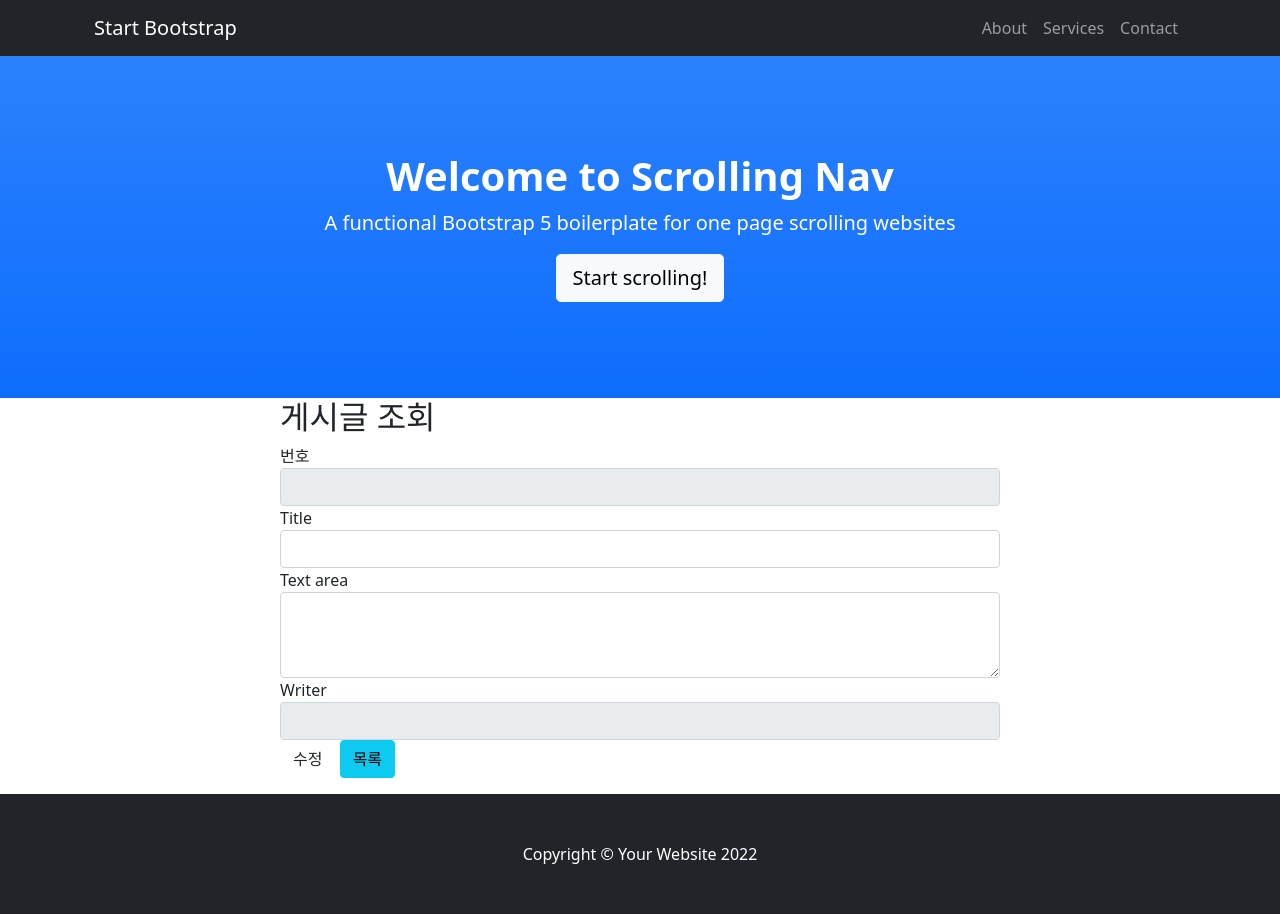
Repository: rlarmsdn2999/SpringWebProject
Page: http://localhost/myboard/WEB-INF/views/board/modify.jsp
An editor plug-in stored every save of this project. The page is shown before and after the next save, followed by the edit.
The browser window is 1280 px wide. The pictures show the whole page.
The page is served by Tomcat 9. Nobody is signed in. Other server files are loaded and not shown. The template is opened directly, without the code that normally fills it, so the values that code supplies are empty.

Above is the page before, as saved 2022-12-25 10:44:05.
Console error: ReferenceError: $ is not defined

### myboard/myboard/src/main/webapp/WEB-INF/views/board/modify.jsp
<%@ page language="java" contentType="text/html; charset=UTF-8"
	pageEncoding="UTF-8"%>
<%@ taglib uri="http://java.sun.com/jsp/jstl/core" prefix="c"%>
<%@ taglib uri="http://java.sun.com/jsp/jstl/fmt" prefix="fmt"%>
<!DOCTYPE html>
<html lang="en">
<head>
<meta charset="utf-8" />
<meta name="viewport"
	content="width=device-width, initial-scale=1, shrink-to-fit=no" />
<meta name="description" content="" />
<meta name="author" content="" />
<title>Scrolling Nav - Start Bootstrap Template</title>
<link rel="icon" type="image/x-icon"
	href="/resources/assets/favicon.ico" />
<!-- Core theme CSS (includes Bootstrap)-->
<link href="/resources/css/styles.css" rel="stylesheet" />
</head>
<body id="page-top">
	<!-- Navigation-->
	<nav class="navbar navbar-expand-lg navbar-dark bg-dark fixed-top"
		id="mainNav">
		<div class="container px-4">
			<a class="navbar-brand" href="#page-top">Start Bootstrap</a>
			<button class="navbar-toggler" type="button"
				data-bs-toggle="collapse" data-bs-target="#navbarResponsive"
				aria-controls="navbarResponsive" aria-expanded="false"
				aria-label="Toggle navigation">
				<span class="navbar-toggler-icon"></span>
			</button>
			<div class="collapse navbar-collapse" id="navbarResponsive">
				<ul class="navbar-nav ms-auto">
					<li class="nav-item"><a class="nav-link" href="#about">About</a></li>
					<li class="nav-item"><a class="nav-link" href="#services">Services</a></li>
					<li class="nav-item"><a class="nav-link" href="#contact">Contact</a></li>
				</ul>
			</div>
		</div>
	</nav>
	<!-- Header-->
	<header class="bg-primary bg-gradient text-white">
		<div class="container px-4 text-center">
			<h1 class="fw-bolder">Welcome to Scrolling Nav</h1>
			<p class="lead">A functional Bootstrap 5 boilerplate for one page
				scrolling websites</p>
			<a class="btn btn-lg btn-light" href="#about">Start scrolling!</a>
		</div>
	</header>
	<!-- About section-->
	<div class="container px-4">
		<div class="row gx-4 justify-content-center">
			<div class="col-lg-8">
				<h2>게시글 조회</h2>
				<table class="table table-hover">
					<div class="panel-body">
							<div class="form-group">
								<label>번호</label><input class="form-control" name="bno"
									value='<c:out value="${BoardVO.bno}"/>' readonly="readonly">
							</div>
							<div class="form-group">
								<label>Title</label><input class="form-control" name="title"
									value='<c:out value="${BoardVO.title}"/>'>
							</div>
							<div class="form-group">
								<label>Text area</label>
								<textarea class="form-control" rows="3" name='content'
									value='<c:out value="${BoardVO.content}"/>'><c:out
										value="${BoardVO.content}" /></textarea>
							</div>
							<div class="form-group">
								<label>Writer</label><input class="form-control" name="writer"
									value='<c:out value="${BoardVO.writer}"/>' readonly="readonly">
							</div>
						<button data-oper='modify' class="btn btn-default">수정</button>
						<button data-oper='list' class="btn btn-info">목록</button>
						<form id='operForm' action="/board/modify" method="get">
							<input type='hidden' id='bno' name='bno'
								value='<c:out value="${BoardVO.bno}"/>'>
						</form>
					</div>

				</table>
			</div>
		</div>
	</div>
	<!-- Footer-->
	<footer class="py-5 bg-dark">
		<div class="container px-4">
			<p class="m-0 text-center text-white">Copyright &copy; Your
				Website 2022</p>
		</div>
	</footer>
	<!-- Bootstrap core JS-->
	<script
		src="https://cdn.jsdelivr.net/npm/bootstrap@5.1.3/dist/js/bootstrap.bundle.min.js"></script>
	<!-- Core theme JS-->
	<script src="/resources/js/scripts.js"></script>

	<script type="text/javascript">
	$(document).ready(function(){
		var operForm = $("#operForm");
		$("button[data-oper='modify']").on("click", function(e){
			operForm.attr("action","/board/modify").submit();
		});
		$("button[data-oper='list']").on("click", function(e){
			operForm.find("#bno").remove();
			operForm.attr("action","/board/list");
			operForm.submit();
		});
	});
</script>
</body>
</html>

### myboard/myboard/src/main/webapp/resources/js/scripts.js
/*!
* Start Bootstrap - Scrolling Nav v5.0.5 (https://startbootstrap.com/template/scrolling-nav)
* Copyright 2013-2022 Start Bootstrap
* Licensed under MIT (https://github.com/StartBootstrap/startbootstrap-scrolling-nav/blob/master/LICENSE)
*/
//
// Scripts
//

window.addEventListener('DOMContentLoaded', event => {

    // Activate Bootstrap scrollspy on the main nav element
    const mainNav = document.body.querySelector('#mainNav');
    if (mainNav) {
        new bootstrap.ScrollSpy(document.body, {
            target: '#mainNav',
            offset: 74,
        });
    };

    // Collapse responsive navbar when toggler is visible
    const navbarToggler = document.body.querySelector('.navbar-toggler');
    const responsiveNavItems = [].slice.call(
        document.querySelectorAll('#navbarResponsive .nav-link')
    );
    responsiveNavItems.map(function (responsiveNavItem) {
        responsiveNavItem.addEventListener('click', () => {
            if (window.getComputedStyle(navbarToggler).display !== 'none') {
                navbarToggler.click();
            }
        });
    });

});

Loaded but not shown: myboard/myboard/src/main/webapp/resources/css/styles.css (library)

After the next save:
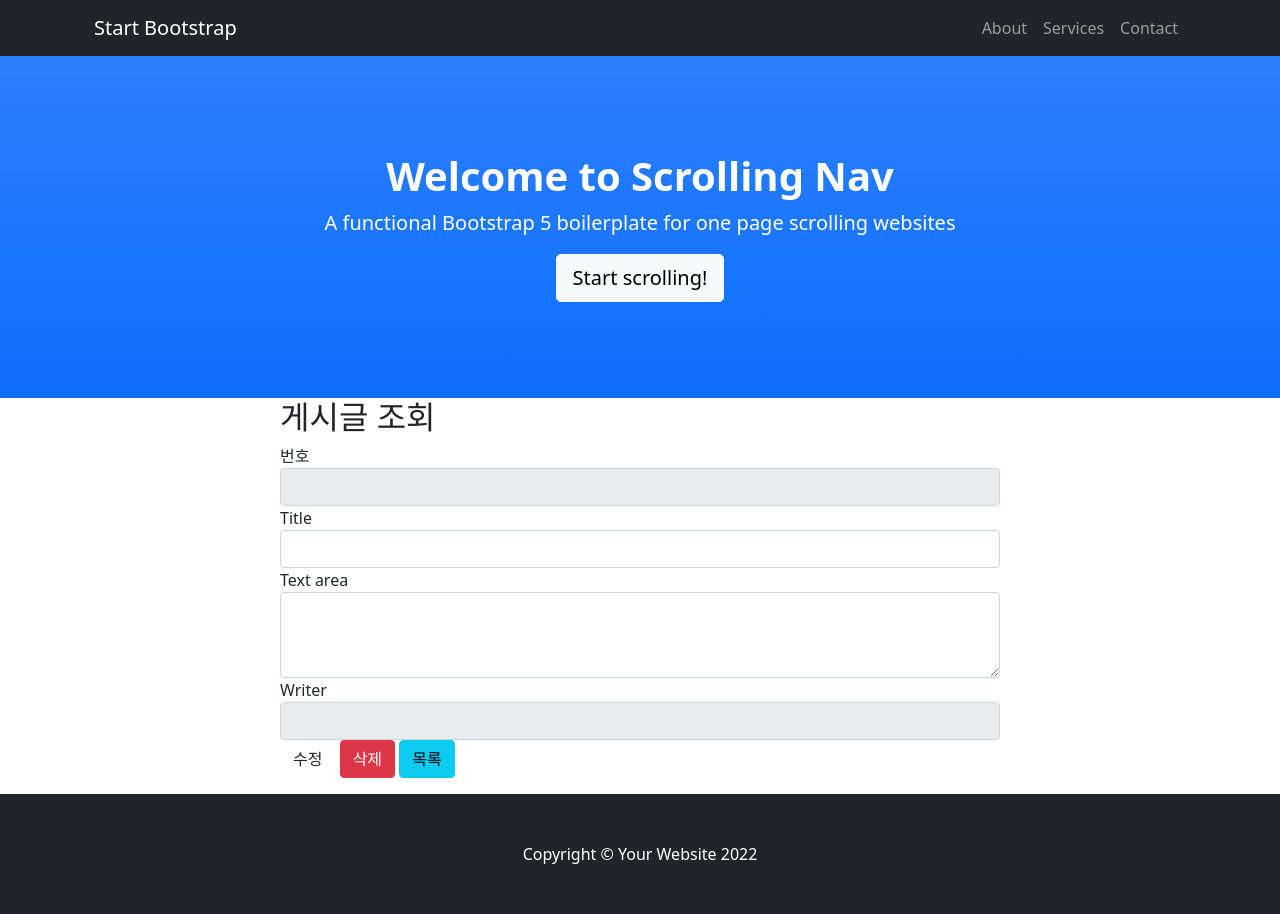
Saved 36 s later.
--- a/myboard/myboard/src/main/webapp/WEB-INF/views/board/modify.jsp
+++ b/myboard/myboard/src/main/webapp/WEB-INF/views/board/modify.jsp
@@ -72,6 +72,7 @@
 									value='<c:out value="${BoardVO.writer}"/>' readonly="readonly">
 							</div>
 						<button data-oper='modify' class="btn btn-default">수정</button>
+						<button data-oper='remove' class="btn btn-danger">삭제</button>
 						<button data-oper='list' class="btn btn-info">목록</button>
 						<form id='operForm' action="/board/modify" method="get">
 							<input type='hidden' id='bno' name='bno'
